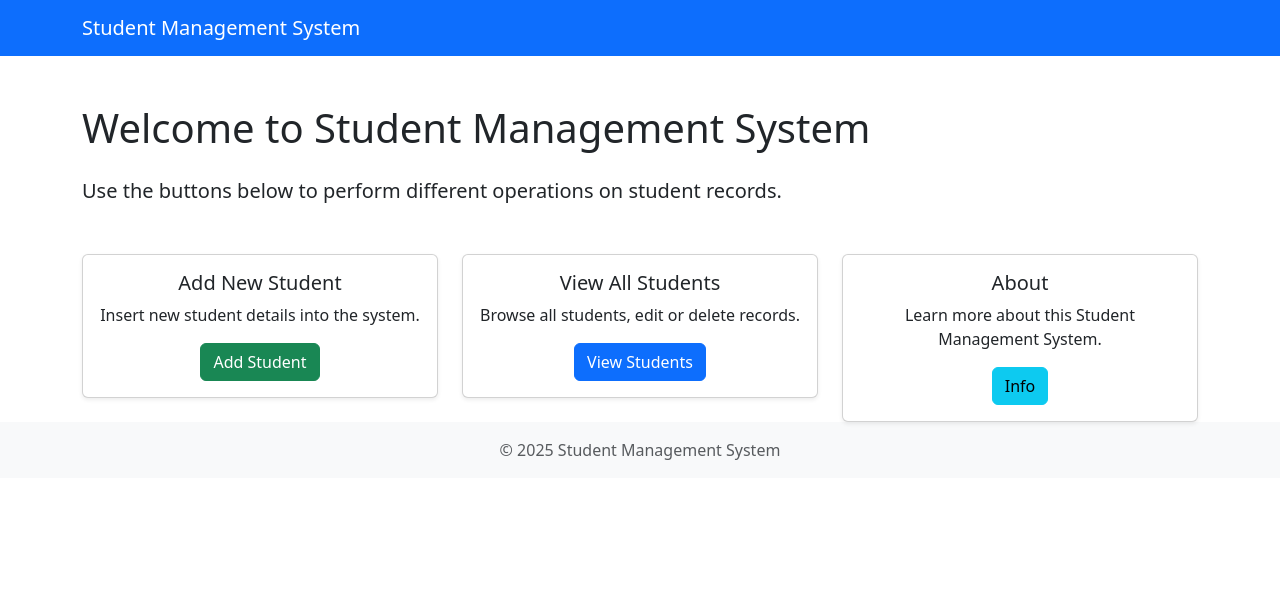
Repository: BorudePiyush/StudentMANAGEMENTSystem-using-java
Page: http://localhost/Student_management_systems/
The author's editor kept a copy of each file at every save. The page is drawn from the files as they stood at one save, then again after the next save.
The browser window is 1280 px wide. The pictures show the whole page.
The page is served by Tomcat 10.

Above is the page before, as saved 2025-06-07 06:42:37.

After the next save:
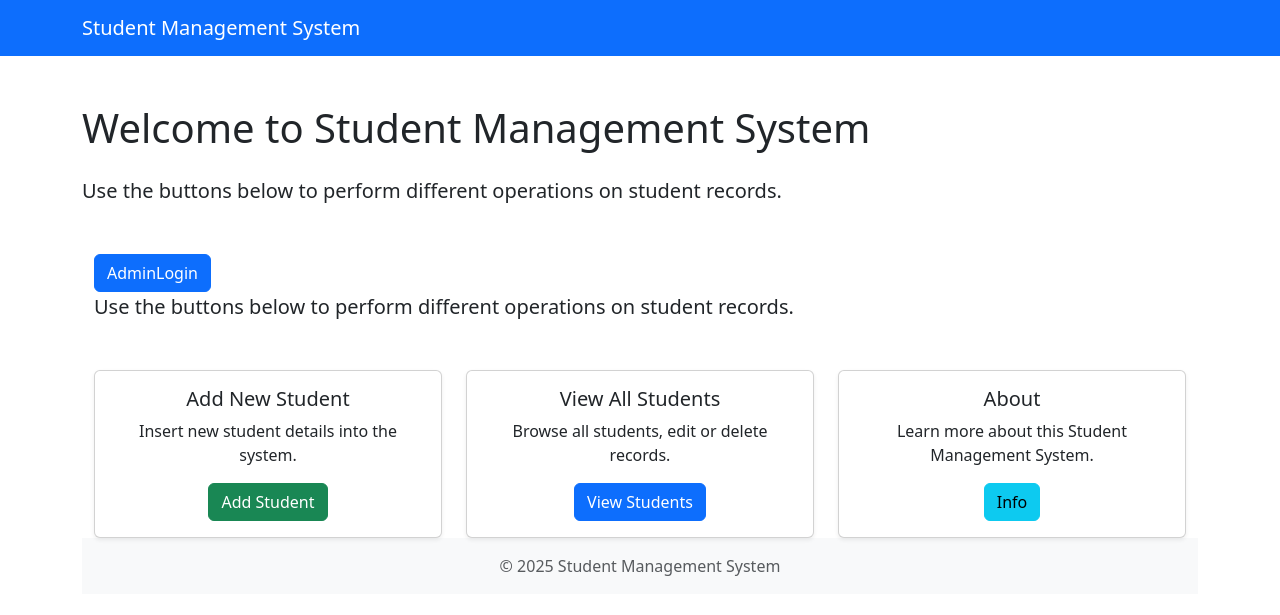
Saved 3 min 55 s later.
--- a/Student management systems/src/main/webapp/index.html
+++ b/Student management systems/src/main/webapp/index.html
@@ -23,6 +23,11 @@
       Use the buttons below to perform different operations on student records.
     </p>
 
+<div class="container mt-5">
+    <a href="AddminLogin" class="btn btn-primary">AdminLogin</a>
+    <p class="lead">
+      Use the buttons below to perform different operations on student records.
+    </p>
     <div class="row g-4 mt-4">
       <div class="col-md-4">
         <div class="card shadow-sm">
